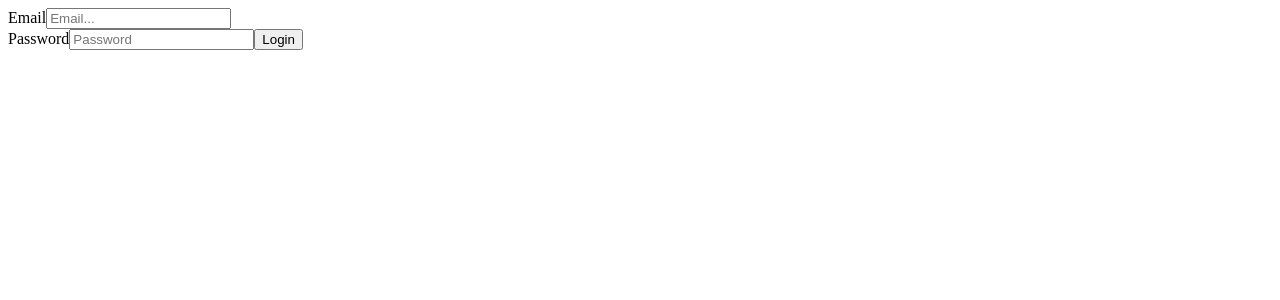
Repository: hungtuan/reactjs-k4-fullstack
Page: / (app in react02/)
The author's editor kept a copy of each file at every save. The page is drawn from the files as they stood at one save, then again after the next save.
The browser window is 1280 px wide. The pictures show the whole page.
The project was rebuilt for these pictures with package versions that can differ from the ones it lists, and the page was loaded fresh each time. Also part of the build but not shown: react02/vite.config.js.

Above is the page before, as saved 2023-11-14 20:11:06.

After the next save:
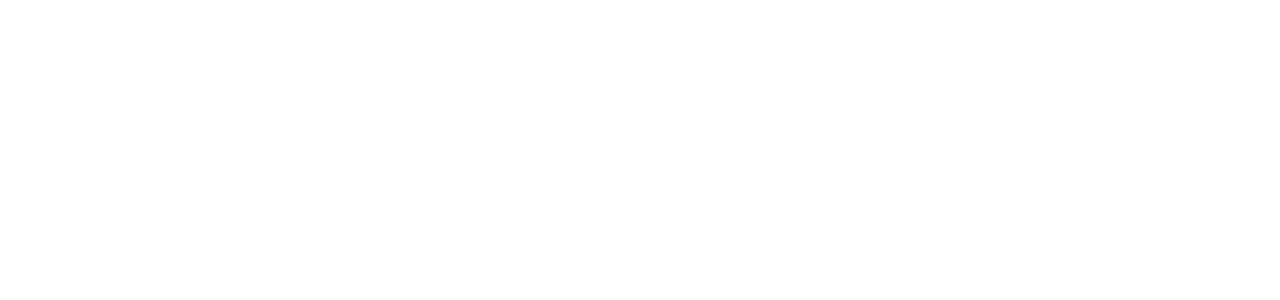
Console error: ReferenceError: email is not defined
Saved 74 s later.
--- a/react02/src/components/Login.jsx
+++ b/react02/src/components/Login.jsx
@@ -10,9 +10,10 @@
     e.preventDefault();
     const { email, password } = form;
     console.log(email, password);
-    setForm({ email: "", password: "" });
-    console.log(email, password);
   };
+
+  setForm({ email: "", password: "" });
+  console.log(email, password);
 
   const handleChange = (e) => {
     setForm({ ...form, [e.target.name]: e.target.value });

After the save that followed:
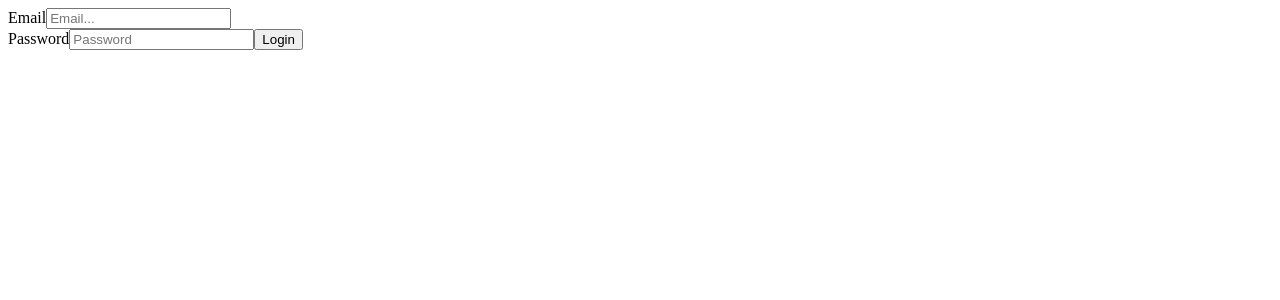
The error is gone.
Saved 2 min 50 s later.
--- a/react02/src/components/Login.jsx
+++ b/react02/src/components/Login.jsx
@@ -10,10 +10,17 @@
     e.preventDefault();
     const { email, password } = form;
     console.log(email, password);
+
+    setForm({
+      ...form,
+      email: "",
+    });
+
+    setForm({
+      ...form,
+      password: "",
+    });
   };
-
-  setForm({ email: "", password: "" });
-  console.log(email, password);
 
   const handleChange = (e) => {
     setForm({ ...form, [e.target.name]: e.target.value });
